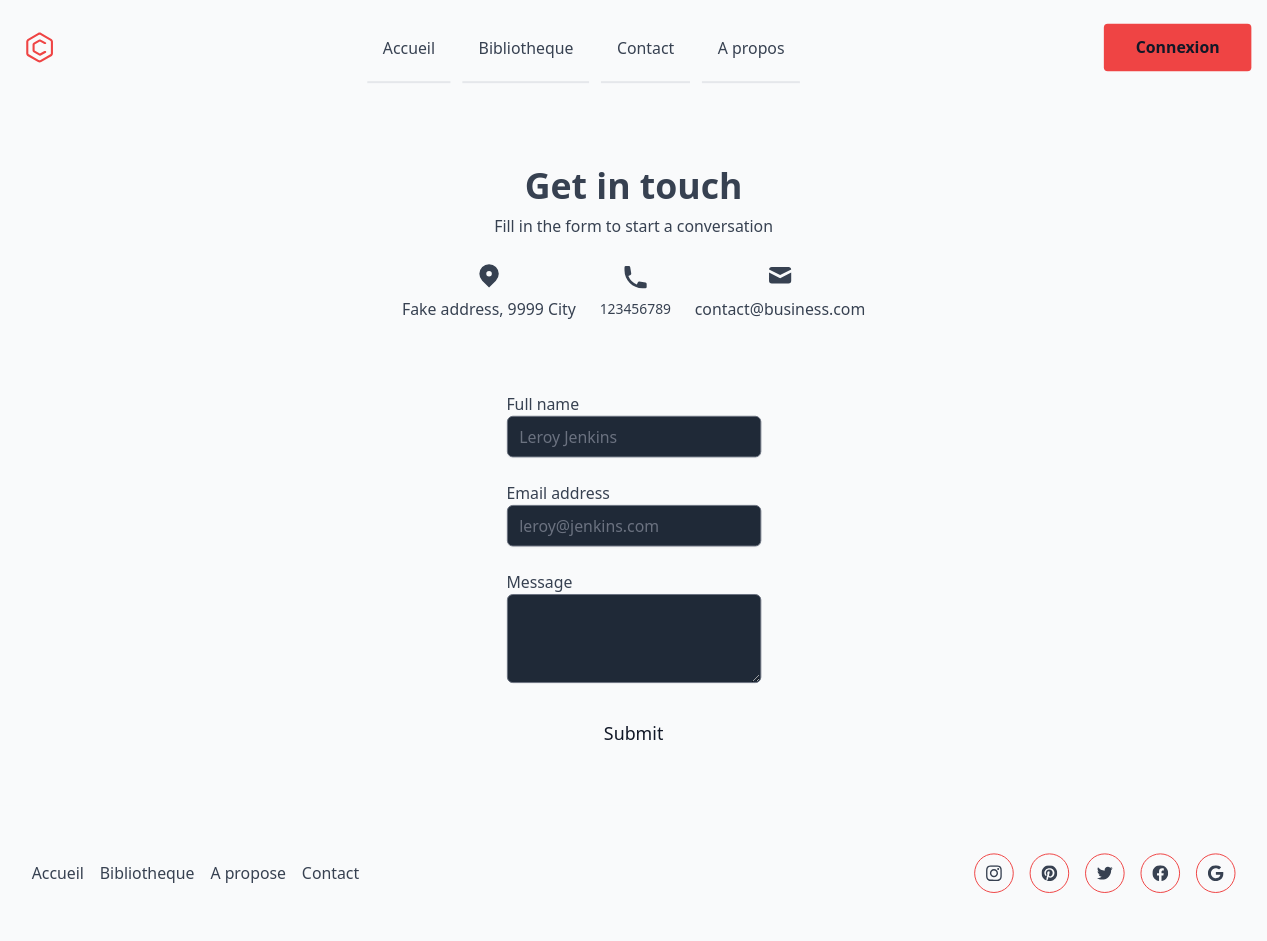
Repository: erulabs243/museum
Page: /contact
These files come from the project's save history. The page is drawn as it stood at one moment and after a run of saves; the edit follows.
The browser window is 1280 px wide. The pictures show the whole page, at 99% of full size.
The project was rebuilt for these pictures with package versions that can differ from the ones it lists, and the page was loaded fresh each time. Also part of the build but not shown: vite.config.js, src/pages/admin/Home.jsx, src/pages/commons/NotFound.jsx, src/components/atoms/TagBadge.jsx, src/components/atoms/MyAudioPlayer.jsx, src/components/atoms/MyVideoPlayer.jsx, src/components/atoms/MediaCard.jsx, src/components/sections/Testimonial.jsx and 16 more.

Above is the page before, as saved 2022-08-10 13:16:31.

After the next 2 saves:
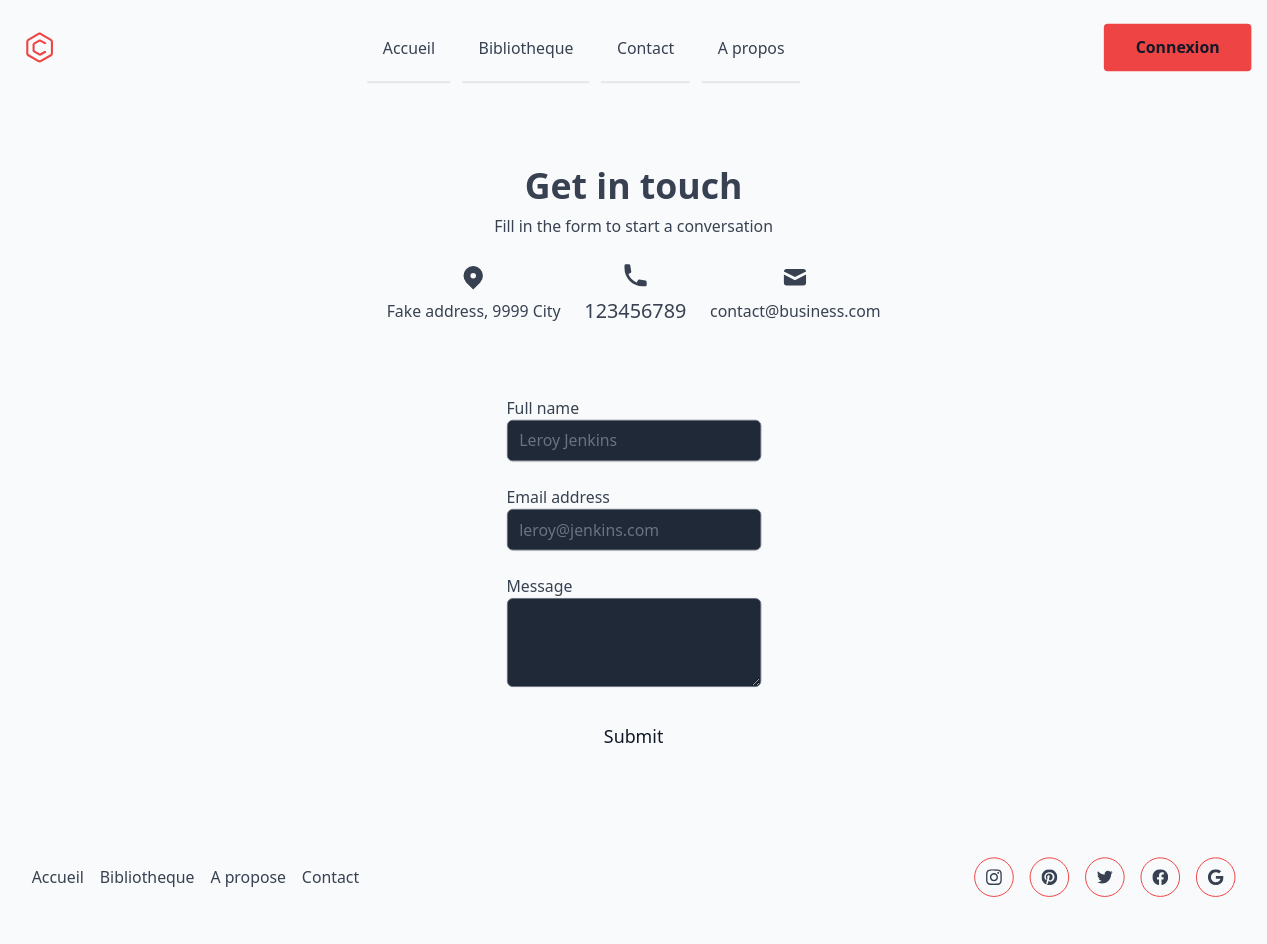
The 2 saves are shown as one change because they came seconds apart.
The last was saved 5 s later.
--- a/src/pages/user/Contact.jsx
+++ b/src/pages/user/Contact.jsx
@@ -35,7 +35,7 @@ const Contact = () => {
                                     className="w-7 h-7 my-2">
                                     <path d="M2 3a1 1 0 011-1h2.153a1 1 0 01.986.836l.74 4.435a1 1 0 01-.54 1.06l-1.548.773a11.037 11.037 0 006.105 6.105l.774-1.548a1 1 0 011.059-.54l4.435.74a1 1 0 01.836.986V17a1 1 0 01-1 1h-2C7.82 18 2 12.18 2 5V3z"></path>
                                 </svg>
-                                <span className="text-sm">123456789</span>
+                                <span className="text-xl">123456789</span>
                             </p>
                             <p className="flex flex-col justify-center items-center mx-3">
                                 <svg
